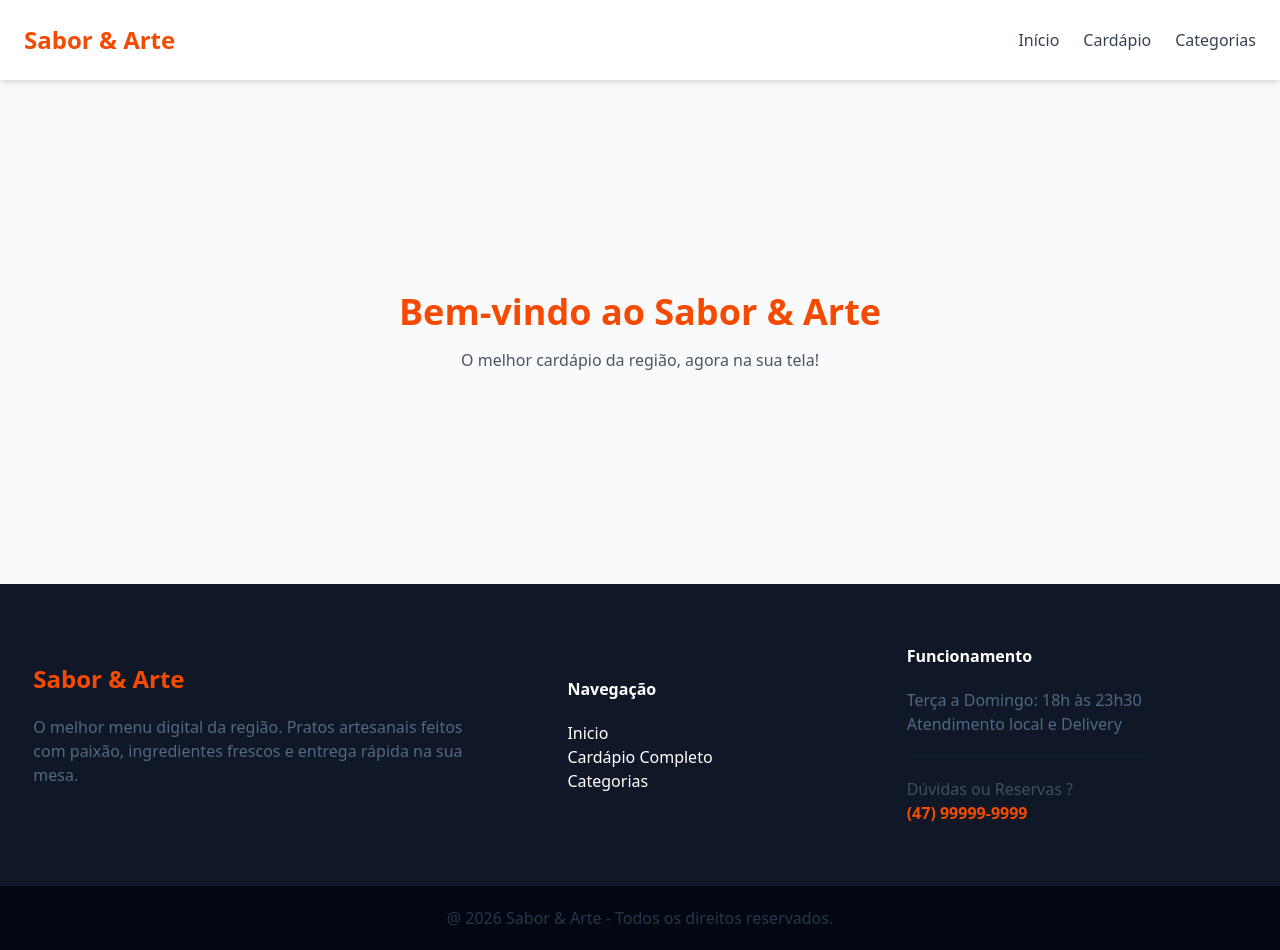
Repository: DiegoWWeege/pair-programming-next-js
Page: / (app in next-js-project/)
These files come from the project's save history. The page is drawn as it stood at one moment and after the next save; the edit follows.
The browser window is 1280 px wide. The pictures show the whole page.
The project was rebuilt for these pictures with package versions that can differ from the ones it lists, and the page was loaded fresh each time. The framework's server and built-in components were replaced by stand-ins that run in the browser. Also part of the build but not shown: next-js-project/next.config.ts.

Above is the page before, as saved 2026-09-18 19:05:50.

### next-js-project/src/app/layout.tsx
import type { Metadata } from "next";
import "./globals.css";
import {Inter, Montserrat} from "next/font/google"
import NavBar from "@/components/NavBar";
import Footer from "@/components/Footer";

const inter = Inter({subsets: ["latin"], variable : "--font-inter"});

const montserrat = Montserrat({ subsets: ["latin"], variable: "--font-montserrat"})

export const metadata: Metadata = {
  title: "Menu Digital - Restaurante",
  description: "Desenvolvido por Diego e Cherpinski",
};

export default function RootLayout({ children }: LayoutProps<"/">) {
  return (
    <html
      lang="pt-br"
    >
      <body className="bg-gray-50 antialiased">
        <NavBar></NavBar>
        {children}
        <Footer/>

      </body>
    </html>
  );
}

### next-js-project/src/app/page.tsx
import Image from "next/image";
import Footer from "../components/Footer";
import NavBar from "@/components/NavBar";

export default function Home() {
  return (
    <div>
      <main className="flex flex-col items-center justify-center min-h-[70vh]">
        <h1 className="text-4xl font-bold text-orange-600 ">Bem-vindo ao Sabor & Arte</h1>
        <p className="mt-4 text-gray-600">O melhor cardápio da região, agora na sua tela!</p>
      </main>
    </div>
  );
}

### next-js-project/src/components/NavBar.tsx
import Link from "next/link";


export default function NavBar(){

    return (
        <nav className="flex items-center justify-between p-6 bg-white shadow-md">
            <h2 className="text-2xl font-bold text-orange-600">Sabor & Arte</h2>

            <div className="flex gap-6">
                <Link href= "/" className="text-gray-700 hover:text-orange-600 font-medium">Início</Link>

                <Link href= "/cardapio" className="text-gray-700 hover:text-orange-600 font-medium">Cardápio</Link>

                <Link href= "/categorias" className="text-gray-700 hover:text-orange-600 font-medium">Categorias</Link>
            </div>

        </nav>
    );
}

### next-js-project/src/components/Footer.tsx
import Link from "next/link"

export default function Footer(){

    return(

        <footer>
           <div className="grid grid-cols-3 items-center justify-items-center bg-[#101828] p-15">
                <div>
                    <h2 className="font-bold text-orange-600 text-2xl mb-5 ">
                        Sabor & Arte
                    </h2>

                    <p className="w-110 mb-5 w-60 text-[#506982]">
                        O melhor menu digital da região. Pratos artesanais feitos com
                        paixão, ingredientes frescos e entrega rápida na sua mesa.
                    </p>
                </div>

                <div>
                    <h3 className = "text-white font-bold mb-5">
                        Navegação
                    </h3>

                    <Link className = "block text-white" href="/">Inicio</Link>
                    <Link className = "block text-white" href="/cardapio">Cardápio Completo</Link>
                    <Link className = "block text-white" href="/categorias">Categorias</Link>
                </div>

                <div>
                    <h3 className="text-white font-bold mb-5">
                        Funcionamento
                    </h3>

                    <p className="mb-5 w-60 text-[#506982]">
                        Terça a Domingo: 18h às 23h30
                        Atendimento local e Delivery
                    </p>

                    <hr className="border-[#151E2E] h-"/>

                    <p className="mt-5 text-[#444E56]">
                        Dúvidas ou Reservas ?
                    </p>

                    <strong className="text-orange-600">
                        (47) 99999-9999
                    </strong>
                </div>

           </div>

            <hr className="border-[#151E2E] "/>

           <div className = "flex items-center justify-center p-5 bg-[#030712]">
                    <p className="text-[#25374E]">
                        @ 2026 Sabor & Arte - Todos os direitos reservados.
                    </p>
            </div>
        </footer>
    )

}

Loaded but not shown: next-js-project/src/app/globals.css (common file)

After the next save:
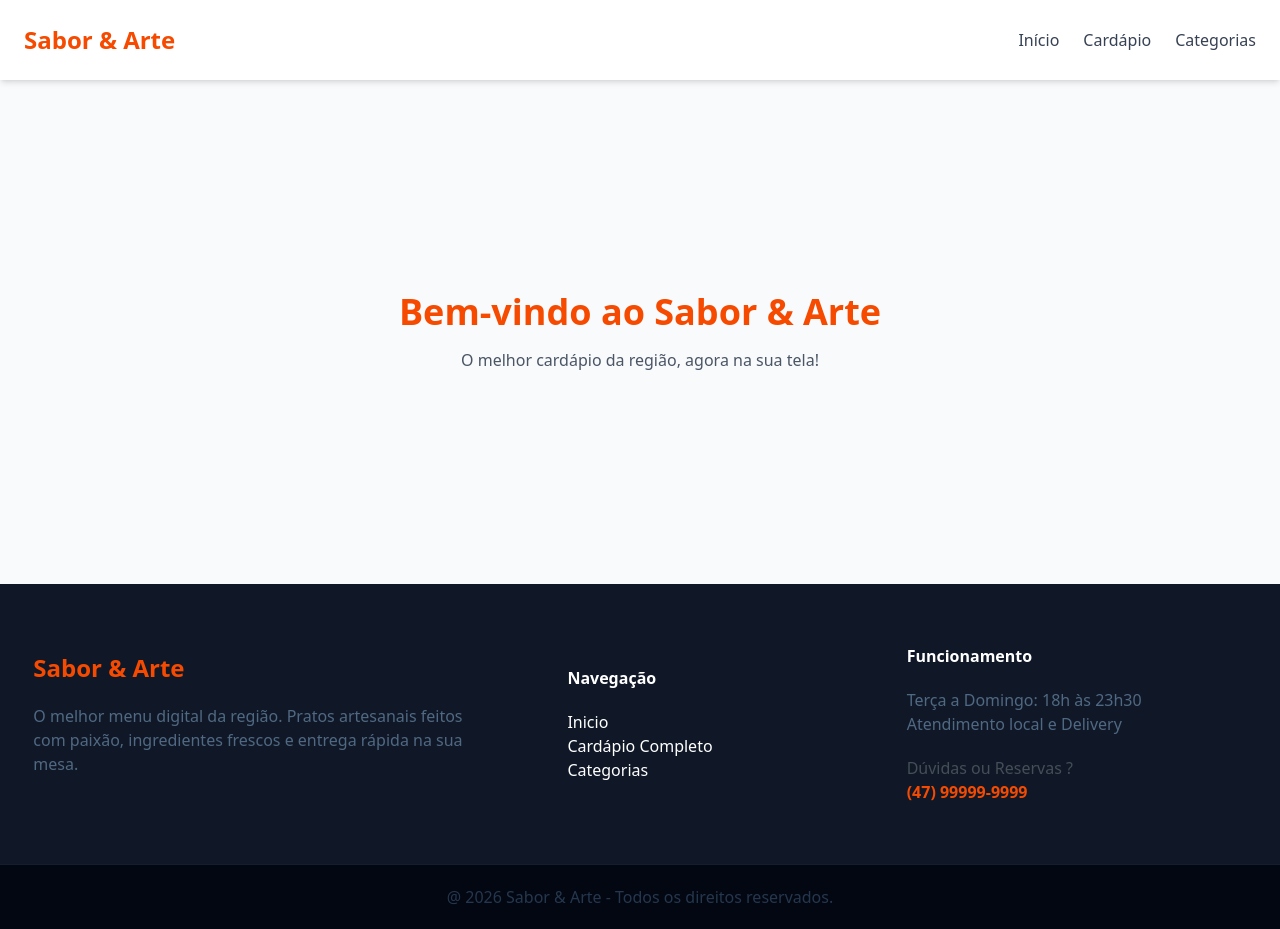
Saved 7 s later.
--- a/next-js-project/src/components/Footer.tsx
+++ b/next-js-project/src/components/Footer.tsx
@@ -37,7 +37,7 @@ export default function Footer(){
                         Atendimento local e Delivery
                     </p>
 
-                    <hr className="border-[#151E2E] h-"/>
+                    <div className="border-[#151E2E] h-"/>
 
                     <p className="mt-5 text-[#444E56]">
                         Dúvidas ou Reservas ?
